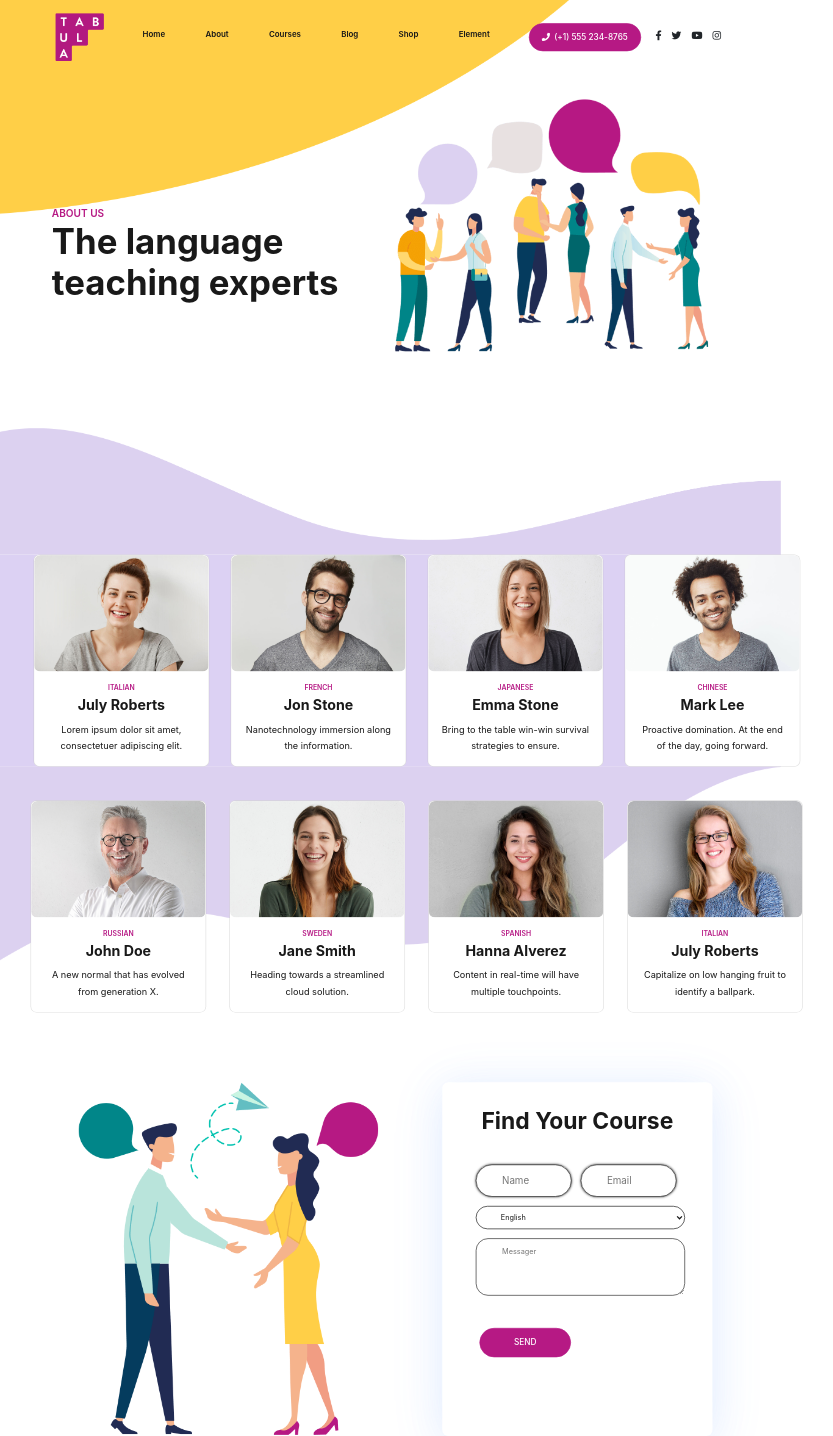
Repository: Khanh1234-glitch/TruongNguyenBaoKhanh_BC22_assignment__tabula
Page: Tabula/index.html
The author's editor kept a copy of each file at every save. The page is drawn from the files as they stood at one save, then again after the next save.
The browser window is 1280 px wide. The page is 1366 px wide, so the pictures cover 1366 px, including what lies to the right of the window. The pictures show the whole page, at 61% of full size.
The style sheet was rebuilt from its Sass, Less or Tailwind sources for each picture, by a compiler version that may differ from the author's.

Above is the page before, as saved 2022-04-18 10:20:40.

After the next save:
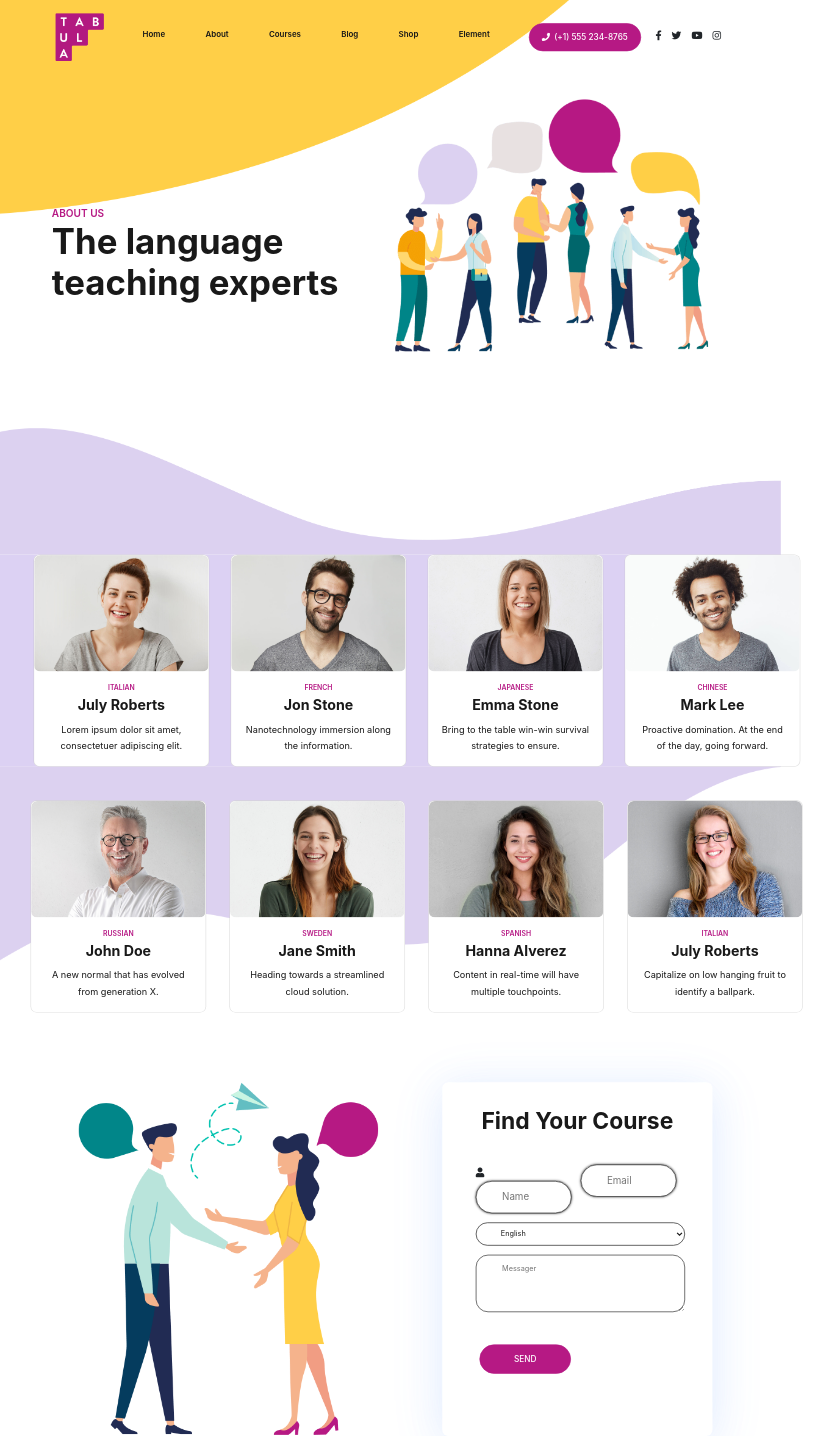
Saved 14 min 39 s later.
--- a/Tabula/index.html
+++ b/Tabula/index.html
@@ -169,7 +169,7 @@
                 <div class="title">Find Your Course</div>
                 <div class="contact-form-bottom">
                     <div class="row-form">
-                        <div class="name-form"><input type="text" placeholder="Name"></div>
+                        <div class="name-form"><i class="fa fa-user"></i><input type="text" placeholder="Name"></div>
                         <div class="email-form"><input type="text" placeholder="Email"></div>
                     </div>
                     <div class="seclect-form">
